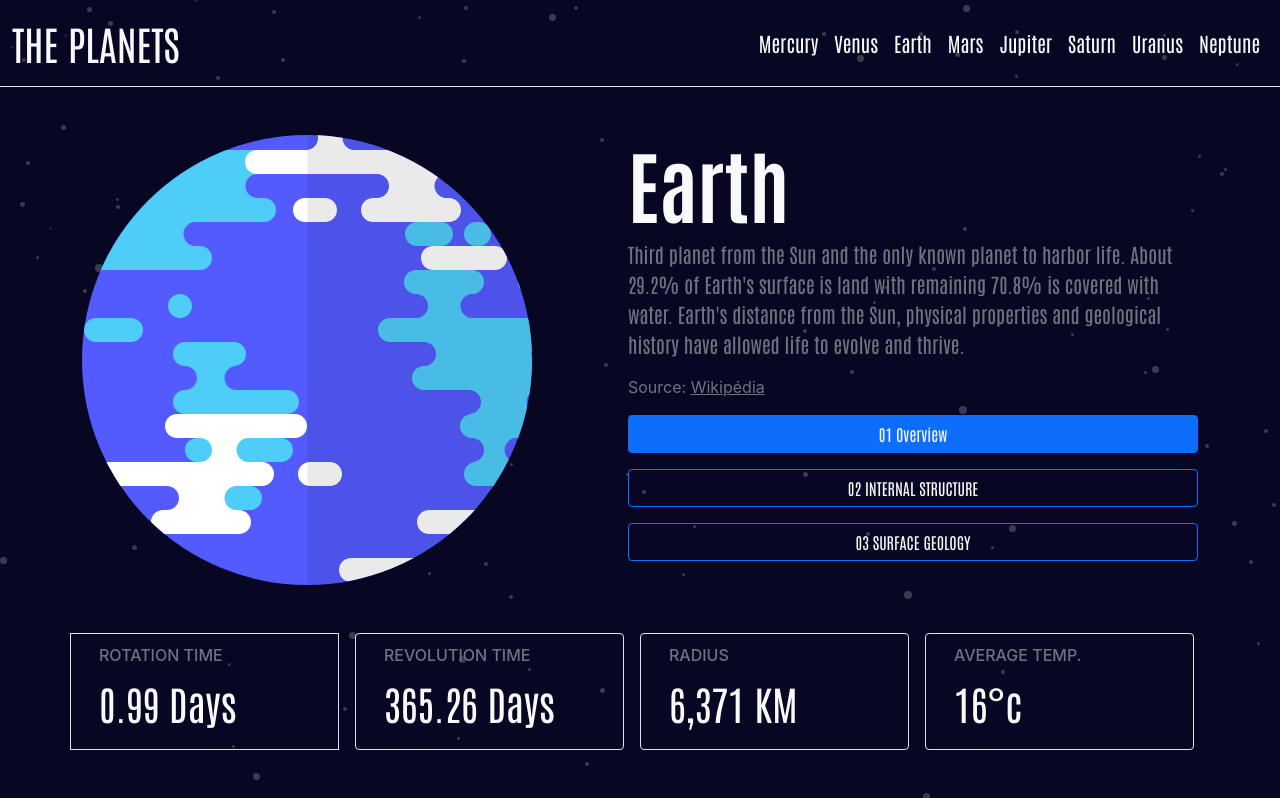
Repository: andre06x/the-planets
Page: /
These files come from the project's save history. The page is drawn as it stood at one moment and after the next save; the edit follows.
The browser window is 1280 px wide. The pictures show the whole page.
The project was rebuilt for these pictures with package versions that can differ from the ones it lists, and the page was loaded fresh each time.

Above is the page before, as saved 2021-10-19 15:57:27.

### public/index.html
<!DOCTYPE html>
<html lang="en">

<head>
  <meta charset="utf-8" />
  <link rel="icon" href="%PUBLIC_URL%/favicon.ico" />
  <meta name="viewport" content="width=device-width, initial-scale=1" />
  <meta name="theme-color" content="#000000" />
  <link rel="preconnect" href="https://fonts.googleapis.com">
  <link rel="preconnect" href="https://fonts.gstatic.com" crossorigin>
  <link href="https://fonts.googleapis.com/css2?family=Antonio:wght@400;500;600;700&display=swap" rel="stylesheet">
  <meta name="description" content="Web site created using create-react-app" />
  <link rel="apple-touch-icon" href="%PUBLIC_URL%/logo192.png" />
  <link rel="manifest" href="%PUBLIC_URL%/manifest.json" />
  <link rel="stylesheet" href="%PUBLIC_URL%/bootstrap-5.1.3-dist/css/bootstrap.min.css">
  <title>React App</title>
</head>

<body>
  <noscript>You need to enable JavaScript to run this app.</noscript>
  <div id="root"></div>
  <script src="./bootstrap-5.1.3-dist/js/bootstrap.min.js"></script>
</body>

</html>

### src/index.js
import React from 'react';
import ReactDOM from 'react-dom';
import App from './App';
import reportWebVitals from './reportWebVitals';
import Global from './styles/global';

ReactDOM.render(
  <React.StrictMode>
    <Global />
    <App />
  </React.StrictMode>,
  document.getElementById('root')
);

// If you want to start measuring performance in your app, pass a function
// to log results (for example: reportWebVitals(console.log))
// or send to an analytics endpoint. Learn more: https://bit.ly/CRA-vitals
reportWebVitals();

### src/App.js
import logo from './logo.svg';
// import './App.css';
import Header from './components/Header';
import Container from './components/Container';

function App() {
  return (
    <div className="App">
      <Header />
      <Container />
    </div>
  );
}

export default App;

### src/styles/global.js
import { createGlobalStyle } from 'styled-components';
import img from '../background-stars.svg';

export default createGlobalStyle`
  body {
    background-image: url(${img});
    background-color: #070724;
    background-repeat: repeat;
  margin: 0;
  font-family: -apple-system, BlinkMacSystemFont, 'Segoe UI', 'Roboto', 'Oxygen',
    'Ubuntu', 'Cantarell', 'Fira Sans', 'Droid Sans', 'Helvetica Neue',
    sans-serif;
  -webkit-font-smoothing: antialiased;
  -moz-osx-font-smoothing: grayscale;
}

code {
  font-family: source-code-pro, Menlo, Monaco, Consolas, 'Courier New',
    monospace;
}
`;

### src/components/Header.js
import React, { useEffect } from 'react';
import data from '../data.json';
import { usePlanet } from '../zustand';

const Header = () => {
  const planetSetar = usePlanet(state => state.nomePlanet);
  const planet = usePlanet(state => state.planet);

  useEffect(() => {
    console.log(planet)
  }, [planet])

  return (
    <nav class="navbar navbar-expand-lg navbar-dark bg-transparent border-bottom border-muted mb-5">
      <div class="container-fluid d-flex justify-content-between">
        <a class="navbar-brand fs-1 text-light font-antonio" href="#">THE PLANETS</a>
        <button class="navbar-toggler text-light" type="button" data-bs-toggle="collapse" data-bs-target="#navbarSupportedContent" aria-controls="navbarSupportedContent" aria-expanded="false" aria-label="Toggle navigation">
          <span class="navbar-toggler-icon text-light"></span>
        </button>
        <div class="collapse navbar-collapse justify-content-end" id="navbarSupportedContent">
          <div>
            <ul class="navbar-nav me-auto mb-2 mb-lg-0">
              {
                data.map(d => (
                  <li class="nav-item">
                    <a
                      class="nav-link active text-light fs-5 font-antonio"
                      aria-current="page"
                      href="#"
                      onClick={() => planetSetar(d.name)}
                    >
                      {d.name}
                    </a>
                  </li>
                ))
              }
            </ul>
          </div>
        </div>
      </div>
    </nav>
  )
}



export default Header

### src/components/Container.js
import React, { useEffect, useState } from 'react';
// import earth from '../assets/planet-earth.svg';
import data from '../data.json';
import { usePlanet } from '../zustand';

const Container = () => {
  const [selectBox, setSelectBox] = useState(1);
  const planet = usePlanet(state => state.planet);
  // const [planet, setPlanet] = useState('Earth');
  const [text, setText] = useState(data.filter(d => d.name === planet)[0].overview);
  const [imagee, setImagee] = useState('assets/planet-earth.svg');
  const [dataPlanet, setDataPlanet] = useState(['']);



  const op = [
    { id: 1, titulo: '01 Overview' },
    { id: 2, titulo: '02 INTERNAL STRUCTURE' },
    { id: 3, titulo: '03 SURFACE GEOLOGY' },
  ]

  function buttonChange(o) {
    setSelectBox(o.id);

    if (o.id === 1) {
      setText(data.filter(d => d.name === planet)[0].overview);
      setImagee(data.filter(d => d.name === planet)[0].images.planet);
    }

    if (o.id === 2) {
      setText(data.filter(d => d.name === planet)[0].structure);
      setImagee(data.filter(d => d.name === planet)[0].images.internal);

    }

    if (o.id === 3) {
      setText(data.filter(d => d.name === planet)[0].geology);
      setImagee(data.filter(d => d.name === planet)[0].images.geology);

    }

  }

  useEffect(() => {
    setDataPlanet(data.filter(d => d.name === planet)[0]);
    setImagee(data.filter(d => d.name === planet)[0].images.planet);
    setText(data.filter(d => d.name === planet)[0].overview);
    setSelectBox(1);

  }, [planet]);
  return (
    <div className="container mt-5">
      <div className="d-flex flex-column">
        <div className="d-flex justify-content-between">
          <div className="me-5">
            <img src={imagee}alt="" />
          </div>
          <div className="ms-md-5">
            <h1 className="display-1 text-light font-antonio fw-bold">
              {planet}
            </h1>
            <p className="lead text-muted font-antonio">
              {text.content}
            </p>
            <span className="text-secondary">
              Source: <a href="" className="text-secondary"> Wikipédia</a>
            </span>

            <div className="d-flex flex-column mt-3 font-antonio fw-bold">
              {op.map(o => (
                <button
                  className={`btn text-light btn-outline-primary mb-3 ${selectBox === o.id ? ' btn-primary' : ''}`}
                  onClick={() => buttonChange(o)}
                >
                  {o.titulo}
                </button>
              ))}
            </div>
          </div>
        </div>
      </div>
      <div className="row mt-5 mb-5">
        <div class="col me-3 bg-transparent border">
          <div class="card-body">
            <h6 class="card-subtitle mb-2 text-muted">
              ROTATION TIME
            </h6>
            <p class="card-text text-light font-antonio fs-1">
              {dataPlanet.rotation}
            </p>
          </div>
        </div>
        <div class="card col me-3 bg-transparent border">
          <div class="card-body">
            <h6 class="card-subtitle mb-2 text-muted">
              REVOLUTION TIME
            </h6>
            <p class="card-text text-light font-antonio fs-1">
              {dataPlanet.revolution}
            </p>
          </div>
        </div>
        <div class="card col me-3 bg-transparent border">
          <div class="card-body">
            <h6 class="card-subtitle mb-2 text-muted">
              RADIUS
            </h6>
            <p class="card-text text-light font-antonio fs-1">
              {dataPlanet.radius}
            </p>
          </div>
        </div>
        <div class="card col me-3 bg-transparent border">
          <div class="card-body">
            <h6 class="card-subtitle mb-2 text-muted">
              AVERAGE TEMP.
            </h6>
            <p class="card-text text-light font-antonio fs-1">
              {dataPlanet.temperature}
            </p>
          </div>
        </div>
      </div>
    </div>
  )
}

export default Container;

### src/data.json
[
  {
    "name": "Mercury",
    "overview": {
      "content": "Mercury is the smallest planet in the Solar System and the closest to the Sun. Its orbit around the Sun takes 87.97 Earth days, the shortest of all the Sun's planets. Mercury is one of four terrestrial planets in the Solar System, and is a rocky body like Earth.",
      "source": "https://en.wikipedia.org/wiki/Mercury_(planet)"
    },
    "structure": {
      "content": "Mercury appears to have a solid silicate crust and mantle overlying a solid, iron sulfide outer core layer, a deeper liquid core layer, and a solid inner core. The planet's density is the second highest in the Solar System at 5.427 g/cm3 , only slightly less than Earth's density.",
      "source": "https://en.wikipedia.org/wiki/Mercury_(planet)#Internal_structure"
    },
    "geology": {
      "content": "Mercury's surface is similar in appearance to that of the Moon, showing extensive mare-like plains and heavy cratering, indicating that it has been geologically inactive for billions of years. It is more heterogeneous than either Mars's or the Moon’s.",
      "source": "https://en.wikipedia.org/wiki/Mercury_(planet)#Surface_geology"
    },
    "rotation": "58.6 Days",
    "revolution": "87.97 Days",
    "radius": "2,439.7 KM",
    "temperature": "430°c",
    "images": {
      "planet": "assets/planet-mercury.svg",
      "internal": "assets/planet-mercury-internal.svg",
      "geology": "assets/geology-mercury.png"
    }
  },
  {
    "name": "Venus",
    "overview": {
      "content": "Venus is the second planet from the Sun. It is named after the Roman goddess of love and beauty. As the brightest natural object in Earth's night sky after the Moon, Venus can cast shadows and can be, on rare occasions, visible to the naked eye in broad daylight.",
      "source": "https://en.wikipedia.org/wiki/Venus"
    },
    "structure": {
      "content": "The similarity in size and density between Venus and Earth suggests they share a similar internal structure: a core, mantle, and crust. Like that of Earth, Venusian core is most likely at least partially liquid because the two planets have been cooling at about the same rate.",
      "source": "https://en.wikipedia.org/wiki/Venus#Internal_structure"
    },
    "geology": {
      "content": "Much of the Venusian surface appears to have been shaped by volcanic activity. Venus has several times as many volcanoes as Earth, and it has 167 large volcanoes that are over 100 km (60 mi) across. The only volcanic complex of this size on Earth is the Big Island of Hawaii.",
      "source": "https://en.wikipedia.org/wiki/Venus#Surface_geology"
    },
    "rotation": "243 Days",
    "revolution": "224.7 Days",
    "radius": "6,051.8 KM",
    "temperature": "471°c",
    "images": {
      "planet": "assets/planet-venus.svg",
      "internal": "assets/planet-venus-internal.svg",
      "geology": "assets/geology-venus.png"
    }
  },
  {
    "name": "Earth",
    "overview": {
      "content": "Third planet from the Sun and the only known planet to harbor life. About 29.2% of Earth's surface is land with remaining 70.8% is covered with water. Earth's distance from the Sun, physical properties and geological history have allowed life to evolve and thrive.",
      "source": "https://en.wikipedia.org/wiki/Earth"
    },
    "structure": {
      "content": "Earth's interior, like that of the other terrestrial planets, is divided into layers by their chemical or physical (rheological) properties. The outer layer is a chemically distinct silicate solid crust, which is underlain by a highly viscous solid mantle.",
      "source": "https://en.wikipedia.org/wiki/Earth#Internal_structure"
    },
    "geology": {
      "content": "The total surface area of Earth is about 510 million km2. The continental crust consists of lower density material such as the igneous rocks granite and andesite. Less common is basalt, a denser volcanic rock that is the primary constituent of the ocean floors.",
      "source": "https://en.wikipedia.org/wiki/Earth#Surface"
    },
    "rotation": "0.99 Days",
    "revolution": "365.26 Days",
    "radius": "6,371 KM",
    "temperature": "16°c",
    "images": {
      "planet": "assets/planet-earth.svg",
      "internal": "assets/planet-earth-internal.svg",
      "geology": "assets/geology-earth.png"
    }
  },
  {
    "name": "Mars",
    "overview": {
      "content": "Mars is the fourth planet from the Sun and the second-smallest planet in the Solar System, being larger than only Mercury. In English, Mars carries the name of the Roman god of war and is often referred to as the \"Red Planet\".",
      "source": "https://en.wikipedia.org/wiki/Mars"
    },
    "structure": {
      "content": "Like Earth, Mars has differentiated into a dense metallic core overlaid by less dense materials. Scientists initially determined that the core is at least partially liquid. Current models of its interior imply a core consisting primarily of iron and nickel with about 16–17% sulfur.",
      "source": "https://en.wikipedia.org/wiki/Mars#Internal_structure"
    },
    "geology": {
      "content": "Mars is a terrestrial planet whose surface consists of minerals containing silicon and oxygen, metals, and other elements that typically make up rock. The surface is primarily composed of tholeiitic basalt, although parts are more silica-rich than typical basalt.",
      "source": "https://en.wikipedia.org/wiki/Mars#Surface_geology"
    },
    "rotation": "1.03 Days",
    "revolution": "1.88 Years",
    "radius": "3,389.5 KM",
    "temperature": "-28°c",
    "images": {
      "planet": "assets/planet-mars.svg",
      "internal": "assets/planet-mars-internal.svg",
      "geology": "assets/geology-mars.png"
    }
  },
  {
    "name": "Jupiter",
    "overview": {
      "content": "Jupiter is the fifth planet from the Sun and the largest in the Solar System. It is a gas giant with a mass two and a half times that of all the other planets in the Solar System combined, but less than one-thousandth the mass of the Sun.",
      "source": "https://en.wikipedia.org/wiki/Jupiter"
    },
    "structure": {
      "content": "When the Juno arrived in 2016, it found that Jupiter has a very diffuse core that mixes into its mantle. A possible cause is an impact from a planet of about ten Earth masses a few million years after Jupiter's formation, which would have disrupted an originally solid Jovian core.",
      "source": "https://en.wikipedia.org/wiki/Jupiter#Internal_structure"
    },
    "geology": {
      "content": "The best known feature of Jupiter is the Great Red Spot, a persistent anticyclonic storm located 22° south of the equator. It is known to have existed since at least 1831, and possibly since 1665.",
      "source": "https://en.wikipedia.org/wiki/Jupiter#Great_Red_Spot_and_other_vortices"
    },
    "rotation": "9.93 Hours",
    "revolution": "11.86 Years",
    "radius": "69,911 KM",
    "temperature": "-108°c",
    "images": {
      "planet": "assets/planet-jupiter.svg",
      "internal": "assets/planet-jupiter-internal.svg",
      "geology": "assets/geology-jupiter.png"
    }
  },
  {
    "name": "Saturn",
    "overview": {
      "content": "Saturn is the sixth planet from the Sun and the second-largest in the Solar System, after Jupiter. It is a gas giant with an average radius of about nine and a half times that of Earth. It only has one-eighth the average density of Earth.",
      "source": "https://en.wikipedia.org/wiki/Saturn"
    },
    "structure": {
      "content": "Despite consisting mostly of hydrogen and helium, most of Saturn's mass is not in the gas phase, because hydrogen becomes a non-ideal liquid when the density is above 0.01 g/cm3, which is reached at a radius containing 99.9% of Saturn's mass.",
      "source": "https://en.wikipedia.org/wiki/Saturn#Internal_structure"
    },
    "geology": {
      "content": "The outer atmosphere of Saturn contains 96.3% molecular hydrogen and 3.25% helium by volume. The planet's most famous feature is its prominent ring system, which is composed mostly of ice particles with a smaller amount of rocky debris and dust.",
      "source": "https://en.wikipedia.org/wiki/Saturn#Atmosphere"
    },
    "rotation": "10.8 Hours",
    "revolution": "29.46 Years",
    "radius": "58,232 KM",
    "temperature": "-138°c",
    "images": {
      "planet": "assets/planet-saturn.svg",
      "internal": "assets/planet-saturn-internal.svg",
      "geology": "assets/geology-saturn.png"
    }
  },
  {
    "name": "Uranus",
    "overview": {
      "content": "Uranus is the seventh planet from the Sun. Its name is a reference to the Greek god of the sky, Uranus according to Greek mythology, was the great-grandfather of Ares. It has the third-largest planetary radius and fourth-largest planetary mass in the Solar System.",
      "source": "https://en.wikipedia.org/wiki/Uranus"
    },
    "structure": {
      "content": "The standard model of Uranus's structure is that it consists of three layers: a rocky (silicate/iron–nickel) core in the centre, an icy mantle in the middle and an outer gaseous hydrogen/helium envelope. The core is relatively small, with a mass of only 0.55 Earth masses.",
      "source": "https://en.wikipedia.org/wiki/Uranus#Internal_structure"
    },
    "geology": {
      "content": "The composition of Uranus's atmosphere is different from its bulk, consisting mainly of molecular hydrogen and helium. The helium molar fraction, i.e. the number of helium atoms per molecule of gas, is 0.15±0.03 in the upper troposphere.",
      "source": "https://en.wikipedia.org/wiki/Uranus#Atmosphere"
    },
    "rotation": "17.2 Hours",
    "revolution": "84 Years",
    "radius": "25,362 KM",
    "temperature": "-195°c",
    "images": {
      "planet": "assets/planet-uranus.svg",
      "internal": "assets/planet-uranus-internal.svg",
      "geology": "assets/geology-uranus.png"
    }
  },
  {
    "name": "Neptune",
    "overview": {
      "content": "Neptune is the eighth and farthest-known Solar planet from the Sun. In the Solar System, it is the fourth-largest planet by diameter, the third-most-massive planet, and the densest giant planet. It is 17 times the mass of Earth, more massive than its near-twin Uranus.",
      "source": "https://en.wikipedia.org/wiki/Neptune"
    },
    "structure": {
      "content": "Neptune's internal structure resembles that of Uranus. Its atmosphere forms about 5% to 10% of its mass and extends perhaps 10% to 20% of the way towards the core. Increasing concentrations of methane, ammonia and water are found in the lower regions.",
      "source": "https://en.wikipedia.org/wiki/Neptune#Internal_structure"
    },
    "geology": {
      "content": "Neptune's atmosphere is 80% hydrogen and 19% helium. A trace amount of methane is also present. Prominent absorption bands of methane exist at wavelengths above 600 nm, in the red and infrared portion of the spectrum.",
      "source": "https://en.wikipedia.org/wiki/Neptune#Atmosphere"
    },
    "rotation": "16.08 Hours",
    "revolution": "164.79 Years",
    "radius": "24,622 KM",
    "temperature": "-201°c",
    "images": {
      "planet": "assets/planet-neptune.svg",
      "internal": "assets/planet-neptune-internal.svg",
      "geology": "assets/geology-neptune.png"
    }
  }
]

### src/zustand/index.js
import create from 'zustand';

const usePlanet = create(set => ({
  planet: 'Earth',
  nomePlanet: (namePlanet) => set(state => ({ planet: namePlanet}))
}))

export { usePlanet }

Loaded but not shown: src/reportWebVitals.js (common file); public/bootstrap-5.1.3-dist/css/bootstrap.min.css (library); public/bootstrap-5.1.3-dist/js/bootstrap.min.js (library)

After the next save:
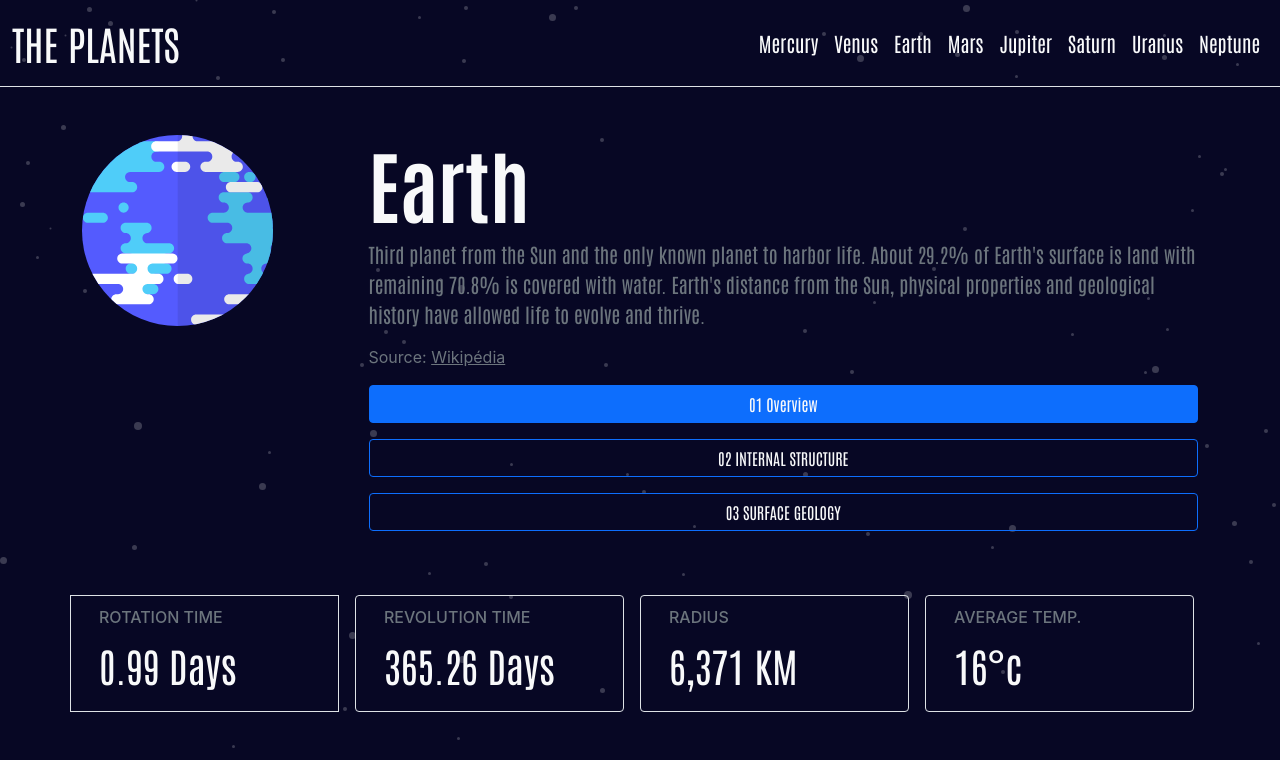
Saved 7 min 2 s later.
--- a/src/components/Container.js
+++ b/src/components/Container.js
@@ -53,7 +53,7 @@
       <div className="d-flex flex-column">
         <div className="d-flex justify-content-between">
           <div className="me-5">
-            <img src={imagee}alt="" />
+            <img className="img-fluid" src={imagee} alt="" />
           </div>
           <div className="ms-md-5">
             <h1 className="display-1 text-light font-antonio fw-bold">

After the save that followed:
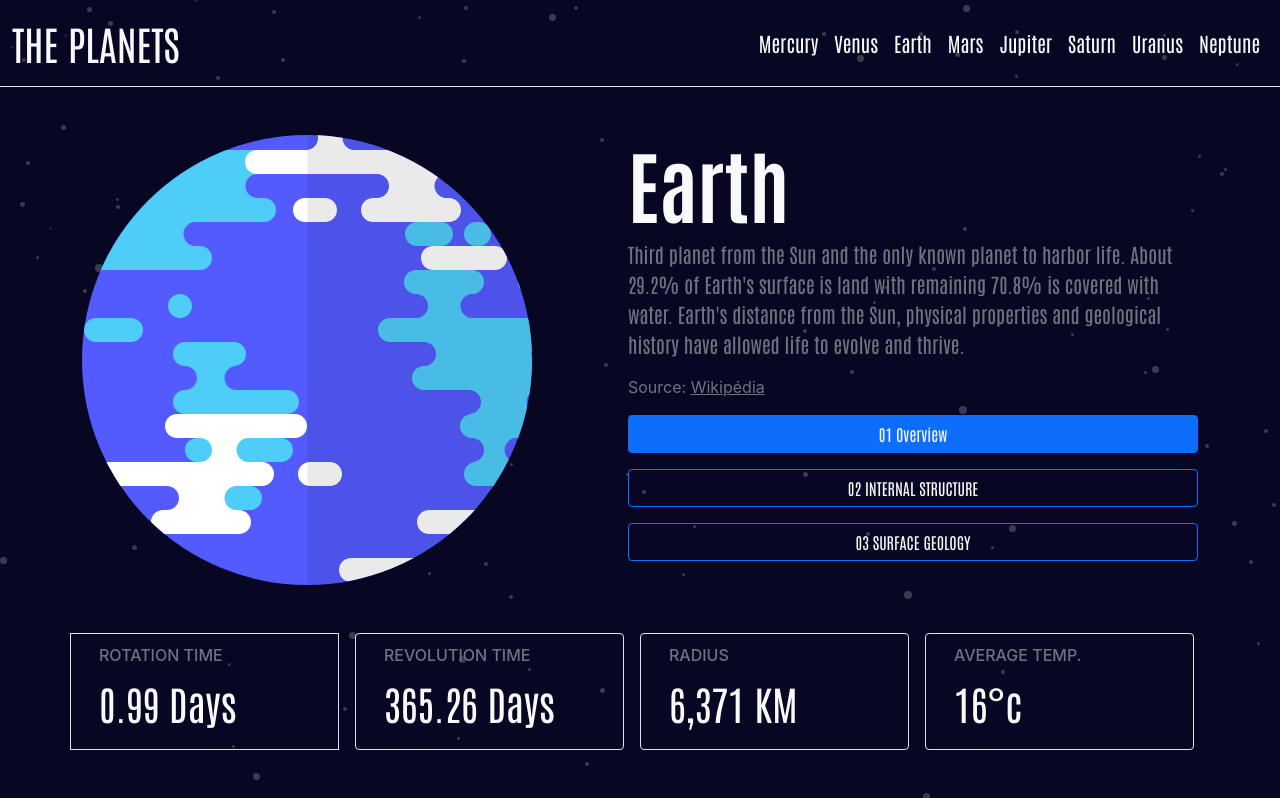
Saved 48 s later.
--- a/src/components/Container.js
+++ b/src/components/Container.js
@@ -53,7 +53,7 @@
       <div className="d-flex flex-column">
         <div className="d-flex justify-content-between">
           <div className="me-5">
-            <img className="img-fluid" src={imagee} alt="" />
+            <img src={imagee} alt="" />
           </div>
           <div className="ms-md-5">
             <h1 className="display-1 text-light font-antonio fw-bold">
